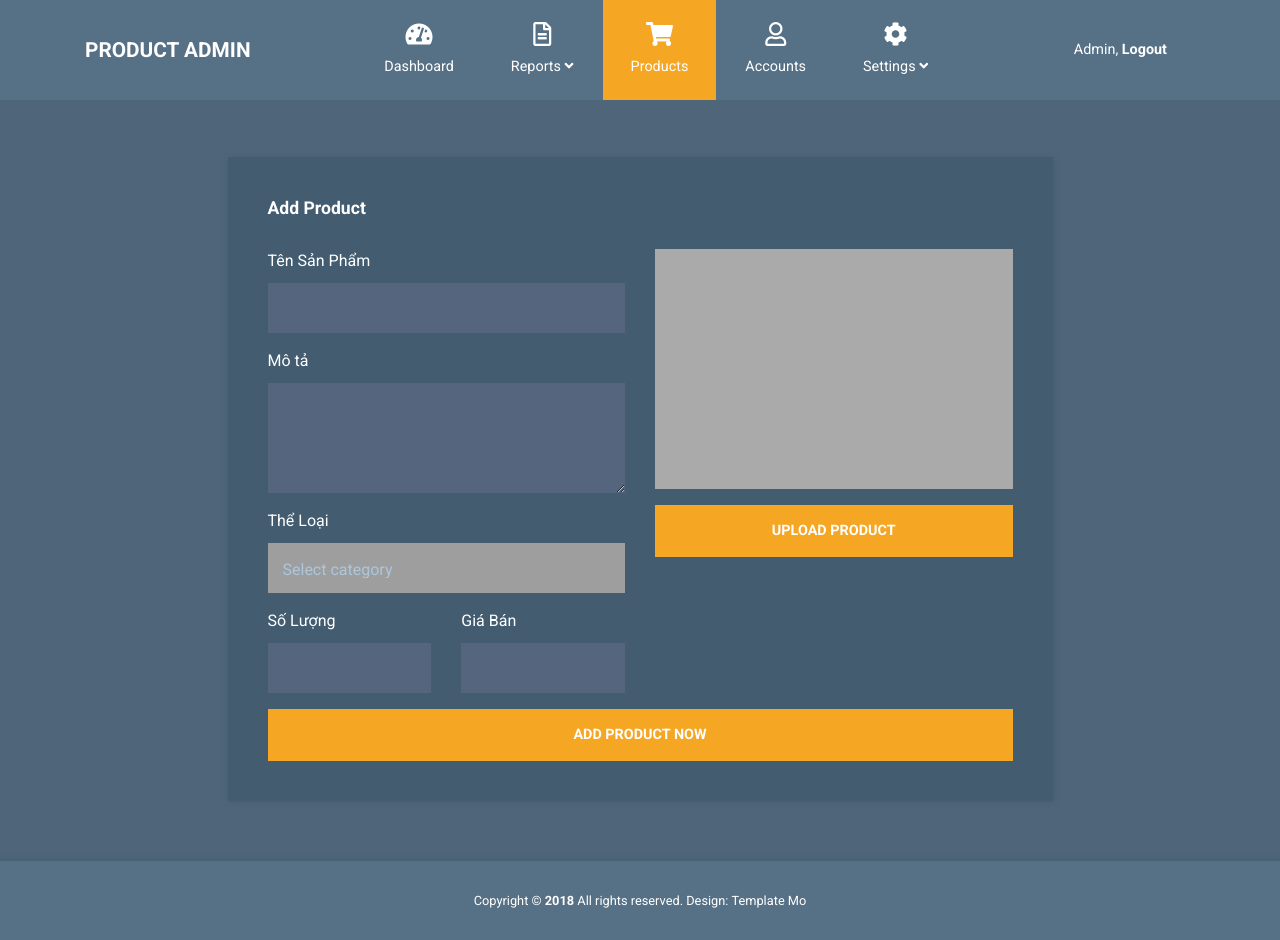
Repository: TruongNguyen0512/Bookhabor-ecommere-web
Page: http://localhost/bookHabor/add-product.jsp
These files come from the project's save history. The page is drawn as it stood at one moment and after the next save; the edit follows.
The browser window is 1280 px wide. The pictures show the whole page.
Pictures or frames that could not be fetched are drawn as grey boxes. The page is served by Tomcat 9. Nobody is signed in. The application's start-up code is not run. Other server files are loaded and not shown.

Above is the page before, as saved 2023-12-08 06:02:45.

### bookHabor/src/main/webapp/add-product.jsp
<%@ page language="java" contentType="text/html; charset=UTF-8"
	pageEncoding="UTF-8"%>
<!DOCTYPE html>
<html lang="en">
<head>
<meta charset="UTF-8" />
<meta name="viewport" content="width=device-width, initial-scale=1.0" />
<meta http-equiv="X-UA-Compatible" content="ie=edge" />
<title>Add Product - Dashboard HTML Template</title>
<link rel="stylesheet"
	href="https://fonts.googleapis.com/css?family=Roboto:400,700" />
<!-- https://fonts.google.com/specimen/Roboto -->
<link rel="stylesheet" href="css/fontawesome.min.css" />
<!-- https://fontawesome.com/ -->
<link rel="stylesheet" href="jquery-ui-datepicker/jquery-ui.min.css"
	type="text/css" />
<!-- http://api.jqueryui.com/datepicker/ -->
<link rel="stylesheet" href="css/bootstrap.min.css" />
<!-- https://getbootstrap.com/ -->
<link rel="stylesheet" href="css/templatemo-style.css">
<!--
	Product Admin CSS Template
	https://templatemo.com/tm-524-product-admin
	-->
</head>

<body>
	<nav class="navbar navbar-expand-xl">
		<div class="container h-100">
			<a class="navbar-brand" href="index.html">
				<h1 class="tm-site-title mb-0">Product Admin</h1>
			</a>
			<button class="navbar-toggler ml-auto mr-0" type="button"
				data-toggle="collapse" data-target="#navbarSupportedContent"
				aria-controls="navbarSupportedContent" aria-expanded="false"
				aria-label="Toggle navigation">
				<i class="fas fa-bars tm-nav-icon"></i>
			</button>

			<div class="collapse navbar-collapse" id="navbarSupportedContent">
				<ul class="navbar-nav mx-auto h-100">
					<li class="nav-item"><a class="nav-link" href="index.html">
							<i class="fas fa-tachometer-alt"></i> Dashboard <span
							class="sr-only">(current)</span>
					</a></li>
					<li class="nav-item dropdown"><a
						class="nav-link dropdown-toggle" href="#" id="navbarDropdown"
						role="button" data-toggle="dropdown" aria-haspopup="true"
						aria-expanded="false"> <i class="far fa-file-alt"></i> <span>
								Reports <i class="fas fa-angle-down"></i>
						</span>
					</a>
						<div class="dropdown-menu" aria-labelledby="navbarDropdown">
							<a class="dropdown-item" href="#">Daily Report</a> <a
								class="dropdown-item" href="#">Weekly Report</a> <a
								class="dropdown-item" href="#">Yearly Report</a>
						</div></li>
					<li class="nav-item"><a class="nav-link active"
						href="products.html"> <i class="fas fa-shopping-cart"></i>
							Products
					</a></li>

					<li class="nav-item"><a class="nav-link" href="accounts.html">
							<i class="far fa-user"></i> Accounts
					</a></li>
					<li class="nav-item dropdown"><a
						class="nav-link dropdown-toggle" href="#" id="navbarDropdown"
						role="button" data-toggle="dropdown" aria-haspopup="true"
						aria-expanded="false"> <i class="fas fa-cog"></i> <span>
								Settings <i class="fas fa-angle-down"></i>
						</span>
					</a>
						<div class="dropdown-menu" aria-labelledby="navbarDropdown">
							<a class="dropdown-item" href="#">Profile</a> <a
								class="dropdown-item" href="#">Billing</a> <a
								class="dropdown-item" href="#">Customize</a>
						</div></li>
				</ul>
				<ul class="navbar-nav">
					<li class="nav-item"><a class="nav-link d-block"
						href="login.html"> Admin, <b>Logout</b>
					</a></li>
				</ul>
			</div>
		</div>
	</nav>
	<div class="container tm-mt-big tm-mb-big">
		<div class="row">
			<div class="col-xl-9 col-lg-10 col-md-12 col-sm-12 mx-auto">
				<div class="tm-bg-primary-dark tm-block tm-block-h-auto">
					<div class="row">
						<div class="col-12">
							<h2 class="tm-block-title d-inline-block">Add Product</h2>
						</div>
					</div>
					<div class="row tm-edit-product-row">
						<div class="col-xl-6 col-lg-6 col-md-12">
							<form action="" class="tm-edit-product-form">
								<div class="form-group mb-3">
									<label for="name">Tên Sản Phẩm </label> <input id="tenSanPham"
										name="tenSanPham" type="text" class="form-control validate" required />
								</div>
								<div class="form-group mb-3">
									<label for="description">Mô tả</label>
									<textarea class="form-control validate" rows="3" required></textarea>
								</div>
								<div class="form-group mb-3">
									<label for="category">Thể Loại</label> <select
										class="custom-select tm-select-accounts" id="category">
										<option selected>Select category</option>
										<option value="1">Khoa Học</option>
										<option value="2">Văn Học</option>
										<option value="3">Đời Sống</option>
									</select>
								</div>
								<div class="row">
									<div class="form-group mb-3 col-xs-12 col-sm-6">
										<label for="expire_date">Số Lượng</label> <input
											id="" name="soLuong" type="text"
											class="form-control validate" data-large-mode="true" />
									</div>
									<div class="form-group mb-3 col-xs-12 col-sm-6">
										<label for="stock">Giá Bán</label> <input id="stock"
											name="giaBan" type="text" class="form-control validate"
											required />
									</div>
								</div>
						</div>
						<div class="col-xl-6 col-lg-6 col-md-12 mx-auto mb-4">
							<div class="tm-product-img-dummy mx-auto">
								 <img
									id="uploadedImage" src="" alt="Uploaded Image"
									style="display: none; max-width: 100%; height: auto;">
							</div>
							<div class="custom-file mt-3 mb-3">
								<input id="fileInput" type="file" style="display: none;"
									onchange="previewImage(event)" /> <input type="button"
									class="btn btn-primary btn-block mx-auto"
									value="UPLOAD PRODUCT "
									onclick="document.getElementById('fileInput').click();" />
							</div>
						</div>

						<div class="col-12">
							<button type="submit"
								class="btn btn-primary btn-block text-uppercase">Add
								Product Now</button>
						</div>
						</form>
					</div>
				</div>
			</div>
		</div>
	</div>
	<footer class="tm-footer row tm-mt-small">
		<div class="col-12 font-weight-light">
			<p class="text-center text-white mb-0 px-4 small">
				Copyright &copy; <b>2018</b> All rights reserved. Design: <a
					rel="nofollow noopener" href="https://templatemo.com"
					class="tm-footer-link">Template Mo</a>
			</p>
		</div>
	</footer>

	<script src="js/jquery-3.3.1.min.js"></script>
	<!-- https://jquery.com/download/ -->
	<script src="jquery-ui-datepicker/jquery-ui.min.js"></script>
	<!-- https://jqueryui.com/download/ -->
	<script src="js/bootstrap.min.js"></script>
	<!-- https://getbootstrap.com/ -->
	<script>
		$(function() {
			$("#expire_date").datepicker();
		});
	</script>

	<script>
  function previewImage(event) {
    const input = event.target;
    if (input.files && input.files[0]) {
      const reader = new FileReader();

      reader.onload = function(e) {
        const image = document.getElementById('uploadedImage');
        image.src = e.target.result;
        image.style.display = 'block';
      };

      reader.readAsDataURL(input.files[0]);
    }
  }
</script>
</body>
</html>

### bookHabor/src/main/webapp/css/templatemo-style.css
@charset "ISO-8859-1";
/*

Product Admin CSS Template

https://templatemo.com/tm-524-product-admin

*/

html {
  font-size: 16px;
  overflow-x: hidden;
}
body {
  font-family: Roboto, Helvetica, Arial, sans-serif;
  background-color: #4e657a;
  overflow-x: hidden;
}
a {
  transition: all 0.3s ease;
}
a:focus,
a:hover {
  text-decoration: none;
}
button:focus {
  outline: 0;
}
.navbar-brand {
  display: flex;
  align-items: center;
}
.tm-site-icon {
  color: #656565;
}
.tm-site-title {
  display: inline-block;
  text-transform: uppercase;
  font-size: 1.3rem;
  font-weight: 700;
  color: #fff;
}
.navbar {
  height: 100px;
  background-color: #567086;
  padding: 0;
}
.navbar .container {
  position: relative;
}
.tm-logout-icon {
  font-size: 1.5em;
}
.tm-mt-big {
  margin-top: 57px;
}
.tm-mb-big {
  margin-bottom: 60px;
}
.tm-mt-small {
  margin-top: 20px;
}
.tm-block-col {
  margin-bottom: 30px;
}
.tm-block {
  padding: 40px;
  -webkit-box-shadow: 1px 1px 5px 0 #455c71;
  -moz-box-shadow: 1px 1px 5px 0 #455c71;
  box-shadow: 1px 1px 5px 0 #455c71;
  min-height: 350px;
  height: 100%;
  max-height: 450px;
}
.tm-block-avatar,
.tm-block-settings {
  max-height: none;
}
.tm-block-avatar {
  height: auto;
}
.tm-block-h-auto {
  min-height: 1px;
  max-height: none;
  height: auto;
}
.tm-block-scroll {
  overflow-y: scroll;
}
.tm-block-overflow {
  overflow: hidden;
}
.tm-block-title {
  font-size: 1.1rem;
  font-weight: 700;
  color: #fff;
  margin-bottom: 30px;
}
.nav-link {
  color: #fff;
  height: 100%;
  display: flex;
  align-items: center;
  justify-content: center;
  flex-direction: column;
  font-size: 90%;
}
.nav-link > i {
  margin-bottom: 10px;
  margin-right: 0;
  font-size: 1.5rem;
}
.dropdown-item,
.nav-link {
  padding: 15px 20px;
}
.dropdown-menu {
  font-size: 90%;
  color: #fff;
  background-color: #567086;
  border-radius: 0;
  padding-top: 10px;
  padding-bottom: 10px;
  min-width: auto;
}
.dropdown-item {
  color: #fff;
  padding: 15px 30px;
}
.navbar-nav .active > .nav-link,
.navbar-nav .nav-link.active {
  background-color: #f5a623;
  color: #fff;
}
.navbar-nav .nav-link.active i {
  color: #fff;
}
.dropdown-item:focus,
.dropdown-item:hover {
  background-color: #567086;
}
.navbar-nav a:hover,
.navbar-nav a:hover i {
  color: #f5a623;
}
.nav-item {
  text-align: center;
}
.nav-item:last-child {
  margin-right: 0;
}
.dropdown-toggle::after {
  display: none;
}
.dropdown-menu {
  margin-top: 0;
  border: 0;
}
.tm-content-row {
  justify-content: space-between;
  margin-left: -20px;
  margin-right: -20px;
}
.tm-col {
  padding-left: 20px;
  padding-right: 20px;
  margin-bottom: 50px;
}
.tm-col-big {
  width: 39%;
}
.tm-col-small {
  width: 21.95%;
}
.tm-gray-circle {
  width: 80px;
  height: 80px;
  background-color: #aaa;
  border-radius: 50%;
  margin-right: 15px;
}
.tm-notification-items {
  overflow-y: scroll;
  height: 90%;
}
.tm-notification-item {
  padding: 15px;
  background-color: #4e657a;
  color: #fff;
  font-size: 95%;
  margin-bottom: 15px;
}
.tm-notification-item:last-child {
  margin-bottom: 0;
}
.tm-notification-link {
  color: #f5a623;
}
.tm-text-color-secondary {
  color: #bdcbd8;
}
.tm-small {
  font-size: 90%;
}
.table {
  background-color: #50697f;
  color: #fff;
  font-size: 85%;
  margin-bottom: 0;
}
thead {
  background-color: #486177;
  color: #fff;
}
.table thead th {
  border-bottom: 0;
}
.tm-status-circle {
  display: inline-block;
  margin-right: 5px;
  vertical-align: middle;
  width: 5px;
  height: 5px;
  border-radius: 50%;
  margin-top: -3px;
}
.moving {
  background-color: #9be64d;
  box-shadow: 0 0 8px #9be64d, inset 0 0 8px #9be64d;
}
.pending {
  background-color: #efc54b;
  box-shadow: 0 0 8px #efc54b, inset 0 0 8px #efc54b;
}
.cancelled {
  background-color: #da534f;
  box-shadow: 0 0 8px #da534f, inset 0 0 8px #da534f;
}
.tm-avatar {
  width: 345px;
}
.tm-avatar-container {
  position: relative;
  cursor: pointer;
  display: flex;
  align-items: center;
  flex-direction: column;
}
.tm-avatar-delete-link {
  position: absolute;
  left: 50%;
  top: 50%;
  margin-left: -25px;
  margin-top: -25px;
  z-index: 1000;
  padding: 14px;
  border-radius: 50%;
  background-color: rgba(57, 78, 100, 0.7);
  display: inline-block;
  width: 50px;
  height: 50px;
  text-align: center;
  display: none;
  transition: all 0.2s ease;
}
.tm-avatar-container:hover .tm-avatar-delete-link {
  display: block;
}
.tm-col-avatar {
  max-width: 425px;
  width: 37%;
  padding-left: 15px;
  padding-right: 15px;
}
.tm-col-account-settings {
  max-width: 822px;
  width: 63%;
  padding-left: 15px;
  padding-right: 15px;
}
.form-control {
  background-color: #54657d;
  color: #fff;
  border: 0;
}
.form-control:focus {
  background-color: #60738e;
  color: #fff;
  border-color: transparent;
  box-shadow: 0 0 0 0.1rem rgb(180, 206, 233, 0.5);
}
.form-group label {
  color: #fff;
  margin-bottom: 10px;
}
.tm-hide-sm {
  display: block;
}
.tm-list-group {
  counter-reset: myOrderedListItemsCounter;
  padding-left: 0;
}
.tm-list-group > li {
  list-style-type: none;
  position: relative;
  cursor: pointer;
  transition: all 0.3s ease;
  padding: 8px;
}
.tm-list-group > li:hover {
  color: #0266c4;
}
.tm-list-group > li:before {
  counter-increment: myOrderedListItemsCounter;
  content: counter(myOrderedListItemsCounter) ".";
  margin-right: 0.5em;
}
.tm-list {
  padding-left: 30px;
}
.tm-list > li {
  margin-bottom: 20px;
}
.form-control {
  padding: 19px 18px;
  border-radius: 0;
  height: 50px;
}
.form-group {
  margin-bottom: 15px;
}
.btn {
  border-radius: 0;
  padding: 13px 28px;
  transition: all 0.2s ease;
  max-width: 100%;
}
.btn-small {
  padding: 10px 24px;
}
.btn-primary {
  color: #fff;
  background-color: #f5a623;
  border: 2px solid #f5a623;
  font-size: 90%;
  font-weight: 600;
}
.btn-primary:active,
.btn-primary:hover {
  color: #f5a623;
  background-color: transparent;
  border: 2px solid #f5a623;
}
.custom-file-input {
  cursor: pointer;
}
.custom-file-label {
  border-radius: 0;
}
.table td,
.table th {
  border-top: 1px solid #415a70;
  padding: 15px 25px;
  vertical-align: middle;
}
.tm-table-small td,
.tm-table-small th {
  padding-left: 12px;
  padding-right: 12px;
}
.table-hover tbody tr {
  transition: all 0.2s ease;
}
.table-hover tbody tr:hover {
  color: #a0c0de;
}
.tm-bg-primary-dark {
  background-color: #435c70;
}
.tm-bg-gray {
  background-color: rgba(0, 0, 0, 0.05);
}
.tm-table-mt {
  margin-top: 66px;
}
.page-item:first-child .page-link {
  border-top-left-radius: 0;
  border-bottom-left-radius: 0;
}
.page-item:last-child .page-link {
  border-top-right-radius: 0;
  border-bottom-right-radius: 0;
}
.page-link {
  padding: 12px 18px;
}
.page-link,
.page-link:hover {
  color: #000;
}
.page-item {
  margin-right: 18px;
}
.page-item:last-child {
  margin-right: 0;
}
.page-item.active .page-link {
  background-color: #e9ecef;
  border-color: #dee2e6;
  color: #000;
}
input[type="checkbox"] {
  cursor: pointer;
  -webkit-appearance: none;
  appearance: none;
  background-color: #394e64;
  background-position: center;
  border-radius: 50%;
  box-sizing: border-box;
  position: relative;
  box-sizing: content-box;
  width: 24px;
  height: 24px;
  transition: all 0.1s linear;
}
input[type="checkbox"]:checked {
  background: url(../img/check-mark.png) #394e64 center no-repeat;
}
input[type="checkbox"]:focus {
  outline: 0 none;
  box-shadow: none;
}
.tm-block-products {
  min-height: 725px;
}
.tm-block-product-categories {
  min-height: 650px;
}
.tm-product-table-container {
  max-height: 465px;
  margin-bottom: 15px;
  overflow-y: scroll;
}
.tm-product-table tr {
  font-weight: 600;
}
.tm-product-name {
  font-size: 0.95rem;
  font-weight: 600;
}
.tm-product-delete-icon {
  font-size: 1.1rem;
  color: #fff;
}
.tm-product-delete-link {
  padding: 10px;
  border-radius: 50%;
  background-color: #394e64;
  display: inline-block;
  width: 40px;
  height: 40px;
  text-align: center;
}
.tm-product-delete-link:hover .tm-product-delete-icon {
  color: #6d8ca6;
}
.custom-select {
  width: 100%;
  border: none;
  color: #acc6de;
  height: 50px;
  -webkit-appearance: none;
  -moz-appearance: none;
  -ms-appearance: none;
  -o-appearance: none;
  appearance: none;
  -webkit-border-radius: 0;
  -moz-border-radius: 0;
  -ms-border-radius: 0;
  -o-border-radius: 0;
  border-radius: 0;
  padding: 15px;
  background: url(../img/arrow-down.png) 98% no-repeat #50657b;
}
.custom-select:focus {
  outline: 0;
}
.tm-trash-icon {
  color: #6e6c6c;
  cursor: pointer;
}
.tm-trash-icon:hover {
  color: #9f1321;
}
.tm-footer {
  background-color: #567086;
  padding-top: 30px;
  padding-bottom: 30px;
  -webkit-box-shadow: 0 -3px 5px 0 rgba(69, 92, 113, 0.59);
  -moz-box-shadow: 0 -3px 5px 0 rgba(69, 92, 113, 0.59);
  box-shadow: 0 -3px 5px 0 rgba(69, 92, 113, 0.59);
}
.custom-select {
  height: 50px;
  border-radius: 0;
}
.tm-product-img-dummy {
  max-width: 100%;
  height: 240px;
  display: flex;
  align-items: center;
  justify-content: center;
  color: #fff;
  background: #aaa;
}
.tm-product-img-edit {
  max-width: 100%;
  position: relative;
}
.tm-product-img-edit i {
  display: none;
  position: absolute;
}
.tm-product-img-edit:hover i {
  display: block;
}
.tm-upload-icon {
  background: #455c71;
  width: 55px;
  height: 55px;
  border-radius: 50%;
  text-align: center;
  padding-top: 15px;
  font-size: 22px;
}
.tm-login-col {
  max-width: 470px;
}
.navbar-toggler {
  border-color: #708da8;
  box-shadow: rgba(255, 255, 255, 0.1) 0 1px 1px 2px;
  border-radius: 0;
  padding: 10px 15px;
  transition: all 0.2s ease;
}
.navbar-toggler:hover {
  border-color: #f5a623;
  color: #f5a623;
}
.tm-nav-icon {
  color: #fff;
}
.navbar-toggler:hover .tm-nav-icon {
  color: #f5a623;
}
::-webkit-scrollbar {
  width: 8px;
  height: 8px;
}
::-webkit-scrollbar-track {
  background: #394f62;
}
::-webkit-scrollbar-thumb {
  background: #6d8da6;
}
::-webkit-scrollbar-thumb:hover {
  background: #8ab5d6;
}

.tm-footer-link {
  color: white;
}

.tm-footer-link:hover,
.tm-footer-link:focus {
  color: #aacbea;
}

@media (min-width: 1200px) {
  .navbar-expand-xl .navbar-nav .nav-link {
    padding-left: 28px;
    padding-right: 28px;
  }
  .navbar-collapse {
    height: 100%;
  }
}
@media (min-width: 992px) {
  .navbar-expand-lg .navbar-nav .nav-link {
    padding: 15px 20px;
  }
}
@media (max-width: 1275px) and (min-width: 1200px) {
  .nav-item {
    margin-right: 15px;
  }
}
@media (max-width: 1350px) {
  .nav-item {
    margin-right: 1px;
  }
}
@media (max-width: 1199px) {
  .tm-col-big,
  .tm-col-small {
    width: 49.65%;
  }
  .navbar-collapse {
    padding: 0;
    box-shadow: rgba(255, 255, 255, 0.1) 0 1px 1px 1px;
    position: absolute;
    top: 72px;
    right: 20px;
    width: 200px;
    z-index: 1000;
  }
  .dropdown-menu {
    text-align: center;
  }
  .nav-link {
    color: #fff;
    background-color: #567086;
    padding: 15px;
    flex-direction: row;
  }
  .nav-link > i {
    font-size: 1rem;
    margin-right: 10px;
    margin-bottom: 0;
  }
  .nav-item {
    margin-right: 0;
  }
  .tm-block-taller {
    max-height: 520px;
  }
}
@media (max-width: 1199.98px) {
  .navbar-expand-xl > .container,
  .navbar-expand-xl > .container-fluid {
    padding-left: 15px;
    padding-right: 15px;
  }
  .navbar-collapse {
    right: 15px;
  }
}
@media (max-width: 991px) {
  .tm-col-big,
  .tm-col-small {
    width: 100%;
    min-height: 383px;
    height: auto;
  }
  .tm-block {
    padding: 30px;
  }
}
@media (max-width: 767px) {
  .tm-col-account-settings,
  .tm-col-avatar {
    width: 100%;
    max-width: 100%;
  }
  .tm-block-avatar {
    display: flex;
    flex-direction: column;
  }
  .tm-avatar {
    align-self: center;
  }
  .tm-hide-sm {
    display: none;
  }
}
@media (max-width: 633px) {
  .page-item {
    margin-top: 10px;
  }
  .custom-select {
    background-position: 96%;
  }
}
@media (max-width: 574px) {
  .navbar-collapse {
    top: 47px;
  }
  .navbar {
    height: 50px;
  }
  .tm-site-title {
    font-size: 1.4rem;
    margin-left: 7px;
  }
  .tm-site-icon {
    font-size: 2em;
  }
}
@media (max-width: 480px) {
  .tm-mt-big {
    margin-top: 45px;
  }
  .tm-mb-big {
    margin-bottom: 45px;
  }
  #barChart,
  #lineChart {
    max-height: 350px;
  }
}

Loaded but not shown: bookHabor/src/main/webapp/css/fontawesome.min.css (library); bookHabor/src/main/webapp/jquery-ui-datepicker/jquery-ui.min.css (library); bookHabor/src/main/webapp/css/bootstrap.min.css (library); bookHabor/src/main/webapp/js/jquery-3.3.1.min.js (library); bookHabor/src/main/webapp/jquery-ui-datepicker/jquery-ui.min.js (library); bookHabor/src/main/webapp/js/bootstrap.min.js (library)

After the next save:
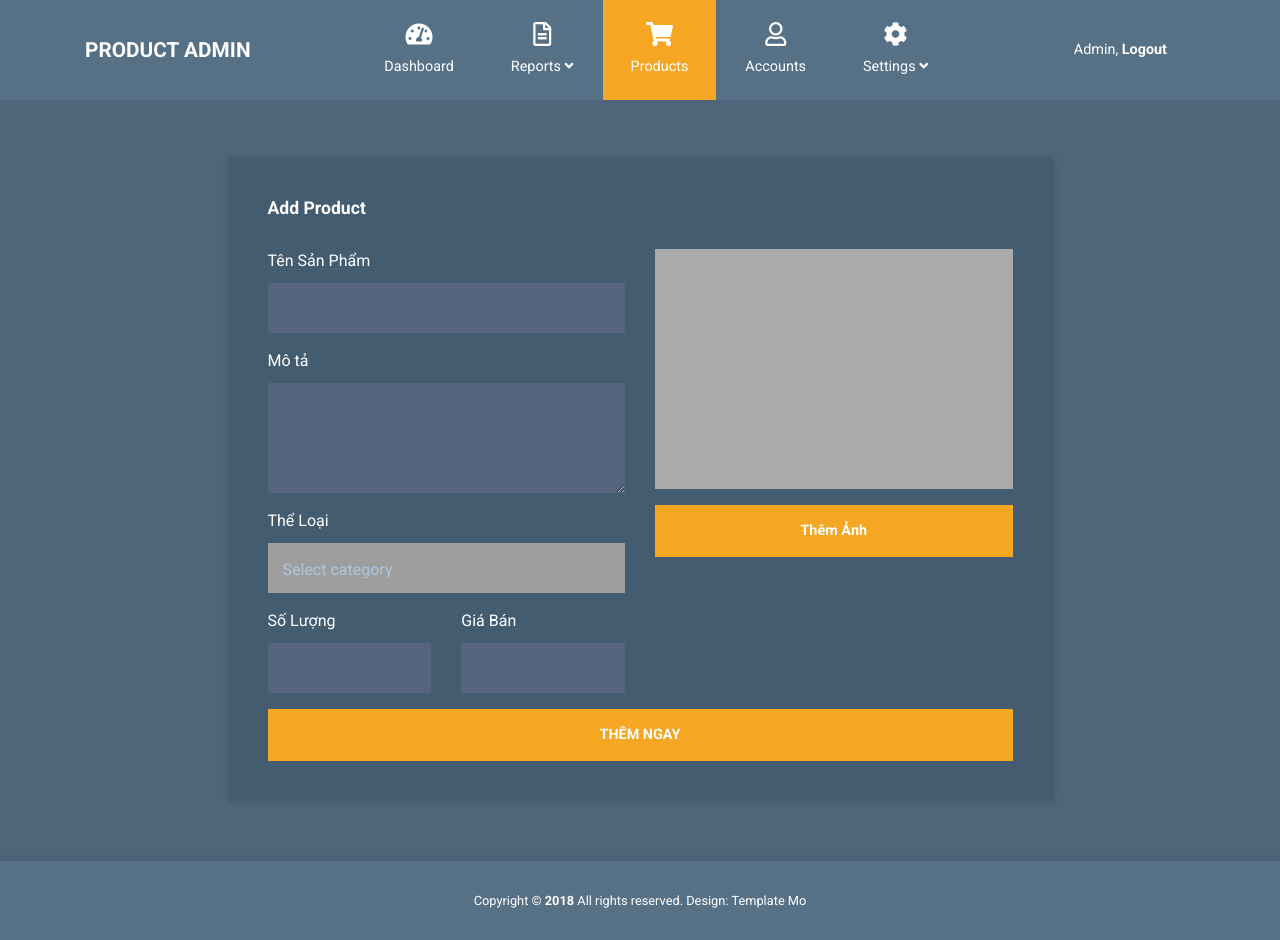
Saved 38 s later.
--- a/bookHabor/src/main/webapp/add-product.jsp
+++ b/bookHabor/src/main/webapp/add-product.jsp
@@ -136,15 +136,15 @@
 								<input id="fileInput" type="file" style="display: none;"
 									onchange="previewImage(event)" /> <input type="button"
 									class="btn btn-primary btn-block mx-auto"
-									value="UPLOAD PRODUCT "
+									value="Thêm Ảnh"
 									onclick="document.getElementById('fileInput').click();" />
 							</div>
 						</div>
 
 						<div class="col-12">
 							<button type="submit"
-								class="btn btn-primary btn-block text-uppercase">Add
-								Product Now</button>
+								class="btn btn-primary btn-block text-uppercase">Thêm
+								Ngay</button>
 						</div>
 						</form>
 					</div>
